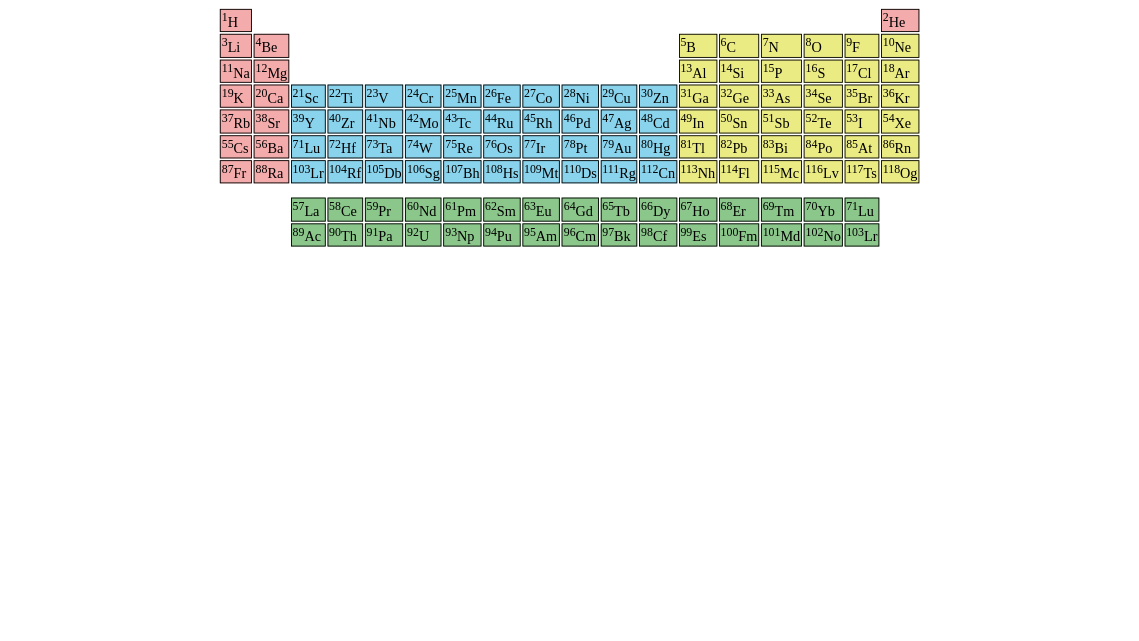
Repository: punitbathija/Placement-Assitance-iNeuron
Page: periodicTable.html
An editor plug-in stored every save of this project. The page is shown before and after the next save, followed by the edit.
The browser window is 1280 px wide. The pictures show the whole page, at 89% of full size.

Above is the page before, as saved 2023-05-22 18:15:27.

### periodicTable.html
<!DOCTYPE html>
<html lang="en">
  <head>
    <meta charset="UTF-8" />
    <meta http-equiv="X-UA-Compatible" content="IE=edge" />
    <meta name="viewport" content="width=device-width, initial-scale=1.0" />
    <title>Document</title>
    <link rel="stylesheet" href="periodicTable.css" />
  </head>
  <body>
    <table class="periodic">
      <tr class="p1">
        <td class="element H red" ="Hydrogen"><sup>1</sup>H</td>
        <td class="empty" colspan="16"></td>
        <td class="element He red" ="Helium"><sup>2</sup>He</td>
      </tr>
      <tr class="p2">
        <td class="element Li red" ="Lithium"><sup>3</sup>Li</td>
        <td class="element Be red" ="Beryllium"><sup>4</sup>Be</td>
        <td class="empty" class="element desc" colspan="10" rowspan="2"></td>
        <td class="element B yellow" ="Boron"><sup>5</sup>B</td>
        <td class="element C yellow" ="Carbon"><sup>6</sup>C</td>
        <td class="element N yellow" ="Nitrogen"><sup>7</sup>N</td>
        <td class="element O yellow" ="Oxygen"><sup>8</sup>O</td>
        <td class="element F yellow" ="Fluorine"><sup>9</sup>F</td>
        <td class="element Ne yellow" ="Neon"><sup>10</sup>Ne</td>
      </tr>
      <tr class="p3">
        <td class="element Na red" ="Sodium"><sup>11</sup>Na</td>
        <td class="element Mg red" ="Magnesium"><sup>12</sup>Mg</td>
        <td class="element Al yellow" ="Aluminium"><sup>13</sup>Al</td>
        <td class="element Si yellow" ="Silicon"><sup>14</sup>Si</td>
        <td class="element P yellow" ="Phosphorus"><sup>15</sup>P</td>
        <td class="element S yellow" ="Sulfur"><sup>16</sup>S</td>
        <td class="element Cl yellow" ="Chlorine"><sup>17</sup>Cl</td>
        <td class="element Ar yellow" ="Argon"><sup>18</sup>Ar</td>
      </tr>
      <tr class="p4">
        <td class="element K red" ="Potassium"><sup>19</sup>K</td>
        <td class="element Ca red" ="Calcium"><sup>20</sup>Ca</td>
        <td class="element Sc blue" ="Scandium"><sup>21</sup>Sc</td>
        <td class="element Ti blue" ="Titanium"><sup>22</sup>Ti</td>
        <td class="element V blue" ="Vanadium"><sup>23</sup>V</td>
        <td class="element Cr blue" ="Chromium"><sup>24</sup>Cr</td>
        <td class="element Mn blue" ="Manganese"><sup>25</sup>Mn</td>
        <td class="element Fe blue" ="Iron"><sup>26</sup>Fe</td>
        <td class="element Co blue" ="Cobalt"><sup>27</sup>Co</td>
        <td class="element Ni blue" ="Nickel"><sup>28</sup>Ni</td>
        <td class="element Cu blue" ="Copper"><sup>29</sup>Cu</td>
        <td class="element Zn blue" ="Zinc"><sup>30</sup>Zn</td>
        <td class="element Ga yellow" ="Gallium"><sup>31</sup>Ga</td>
        <td class="element Ge yellow" ="Germanium"><sup>32</sup>Ge</td>
        <td class="element As yellow" ="Arsenic"><sup>33</sup>As</td>
        <td class="element Se yellow" ="Selenium"><sup>34</sup>Se</td>
        <td class="element Br yellow" ="Bromine"><sup>35</sup>Br</td>
        <td class="element Kr yellow" ="Krypton"><sup>36</sup>Kr</td>
      </tr>
      <tr class="p5">
        <td class="element Rb red" ="Rubidium"><sup>37</sup>Rb</td>
        <td class="element Sr red" ="Strontium"><sup>38</sup>Sr</td>
        <td class="element Y blue" ="Yttrium"><sup>39</sup>Y</td>
        <td class="element Zr blue" ="Zirconium"><sup>40</sup>Zr</td>
        <td class="element Nb blue" ="Niobium"><sup>41</sup>Nb</td>
        <td class="element Mo blue" ="Molybdenum"><sup>42</sup>Mo</td>
        <td class="element Tc blue" ="Technetium"><sup>43</sup>Tc</td>
        <td class="element Ru blue" ="Ruthenium"><sup>44</sup>Ru</td>
        <td class="element Rh blue" ="Rhodium"><sup>45</sup>Rh</td>
        <td class="element Pd blue" ="Palladium"><sup>46</sup>Pd</td>
        <td class="element Ag blue" ="Silver"><sup>47</sup>Ag</td>
        <td class="element Cd blue" ="Cadmium"><sup>48</sup>Cd</td>
        <td class="element In yellow" ="Indium"><sup>49</sup>In</td>
        <td class="element Sn yellow" ="Tin"><sup>50</sup>Sn</td>
        <td class="element Sb yellow" ="Antimony"><sup>51</sup>Sb</td>
        <td class="element Te yellow" ="Tellurium"><sup>52</sup>Te</td>
        <td class="element I yellow" ="Iodine"><sup>53</sup>I</td>
        <td class="element Xe yellow" ="Xenon"><sup>54</sup>Xe</td>
      </tr>
      <tr class="p6">
        <td class="element Cs red" ="Caesium"><sup>55</sup>Cs</td>
        <td class="element Ba red" ="Barium"><sup>56</sup>Ba</td>
        <td class="element Lu blue" ="Lutetium"><sup>71</sup>Lu</td>
        <td class="element Hf blue" ="Hafnium"><sup>72</sup>Hf</td>
        <td class="element Ta blue" ="Tantalum"><sup>73</sup>Ta</td>
        <td class="element W blue" ="Tungsten"><sup>74</sup>W</td>
        <td class="element Re blue" ="Rhenium"><sup>75</sup>Re</td>
        <td class="element Os blue" ="Osmium"><sup>76</sup>Os</td>
        <td class="element Ir blue" ="Iridium"><sup>77</sup>Ir</td>
        <td class="element Pt blue" ="Platinum"><sup>78</sup>Pt</td>
        <td class="element Au blue" ="Gold"><sup>79</sup>Au</td>
        <td class="element Hg blue" ="Mercury"><sup>80</sup>Hg</td>
        <td class="element Tl yellow" ="Thallium"><sup>81</sup>Tl</td>
        <td class="element Pb yellow" ="Lead"><sup>82</sup>Pb</td>
        <td class="element Bi yellow" ="Bismuth"><sup>83</sup>Bi</td>
        <td class="element Po yellow" ="Polonium"><sup>84</sup>Po</td>
        <td class="element At yellow" ="Astatine"><sup>85</sup>At</td>
        <td class="element Rn yellow" ="Radon"><sup>86</sup>Rn</td>
      </tr>
      <tr class="p7">
        <td class="element Fr red" ="Francium"><sup>87</sup>Fr</td>
        <td class="element Ra red" ="Radium"><sup>88</sup>Ra</td>
        <td class="element Lr blue" ="Lawrencium"><sup>103</sup>Lr</td>
        <td class="element Rf blue" ="Rutherfordium"><sup>104</sup>Rf</td>
        <td class="element Db blue" ="Dubnium"><sup>105</sup>Db</td>
        <td class="element Sg blue" ="Seaborgium"><sup>106</sup>Sg</td>
        <td class="element Bh blue" ="Bohrium"><sup>107</sup>Bh</td>
        <td class="element Hs blue" ="Hassium"><sup>108</sup>Hs</td>
        <td class="element Mt blue" ="Meitnerium"><sup>109</sup>Mt</td>
        <td class="element Ds blue" ="Darmstadtium"><sup>110</sup>Ds</td>
        <td class="element Rg blue" ="Roentgenium"><sup>111</sup>Rg</td>
        <td class="element Cn blue" ="Copernicium"><sup>112</sup>Cn</td>
        <td class="element Nh yellow" ="Nihonium"><sup>113</sup>Nh</td>
        <td class="element Fl yellow" ="Flerovium"><sup>114</sup>Fl</td>
        <td class="element Mc yellow" ="Moscovium"><sup>115</sup>Mc</td>
        <td class="element Lv yellow" ="Livermorium"><sup>116</sup>Lv</td>
        <td class="element Ts yellow" ="Tennessine"><sup>117</sup>Ts</td>
        <td class="element Og yellow" ="Oganesson"><sup>118</sup>Og</td>
      </tr>
      <tr class="spacer"></tr>
      <tr class="spacer"></tr>
      <tr class="spacer"></tr>
      <tr class="spacer"></tr>
      <tr class="spacer"></tr>
      <tr class="spacer"></tr>
      <tr class="spacer">
        <!-- <tdempty" colspan="18"></td> -->
      </tr>
      <tr>
        <td class="empty" colspan="2"></td>
        <td class="element La green" ="Lanthanum"><sup>57</sup>La</td>
        <td class="element Ce green" ="Cerium"><sup>58</sup>Ce</td>
        <td class="element Pr green" ="Praseodymium"><sup>59</sup>Pr</td>
        <td class="element Nd green" ="Neodymium"><sup>60</sup>Nd</td>
        <td class="element Pm green" ="Promethium"><sup>61</sup>Pm</td>
        <td class="element Sm green" ="Samarium"><sup>62</sup>Sm</td>
        <td class="element Eu green" ="Europium"><sup>63</sup>Eu</td>
        <td class="element Gd green" ="Gadolinium"><sup>64</sup>Gd</td>
        <td class="element Tb green" ="Terbium"><sup>65</sup>Tb</td>
        <td class="element Dy green" ="Dysprosium"><sup>66</sup>Dy</td>
        <td class="element Ho green" ="Holmium"><sup>67</sup>Ho</td>
        <td class="element Er green" ="Erbium"><sup>68</sup>Er</td>
        <td class="element Tm green" ="Thulium"><sup>69</sup>Tm</td>
        <td class="element Yb green" ="Ytterbium"><sup>70</sup>Yb</td>
        <td class="element Lu green" ="Lutetium"><sup>71</sup>Lu</td>
        <td class="empty"></td>
      </tr>
      <tr>
        <td class="empty" colspan="2"></td>
        <td class="element Ac green" ="Actinium"><sup>89</sup>Ac</td>
        <td class="element Th green" ="Thorium"><sup>90</sup>Th</td>
        <td class="element Pa green" ="Protactinium"><sup>91</sup>Pa</td>
        <td class="element U green" ="Uranium"><sup>92</sup>U</td>
        <td class="element Np green" ="Neptunium"><sup>93</sup>Np</td>
        <td class="element Pu green" ="Plutonium"><sup>94</sup>Pu</td>
        <td class="element Am green" ="Americium"><sup>95</sup>Am</td>
        <td class="element Cm green" ="Curium"><sup>96</sup>Cm</td>
        <td class="element Bk green" ="Berkelium"><sup>97</sup>Bk</td>
        <td class="element Cf green" ="Californium"><sup>98</sup>Cf</td>
        <td class="element Es green" ="Einsteinium"><sup>99</sup>Es</td>
        <td class="element Fm green" ="Fermium"><sup>100</sup>Fm</td>
        <td class="element Md green" ="Mendelevium"><sup>101</sup>Md</td>
        <td class="element No green" ="Nobelium"><sup>102</sup>No</td>
        <td class="element Lr green" ="Lawrencium"><sup>103</sup>Lr</td>
        <td class="empty"></td>
      </tr>
    </table>
  </body>
</html>

### periodicTable.css
.periodic{
    display: flex;
    justify-content: center;
    align-items: center;
    justify-self: center;
}


.element{
    border: 1px solid black;
    height: 20px;
    width: 20px;
}

.red{
    background-color: rgb(244, 171, 171);
}

.blue{
    background-color: rgb(137, 211, 236);
}
.yellow{
    background-color: rgb(235, 235, 131);
}
.green{
    background-color: rgb(139, 199, 139);
}

After the next save:
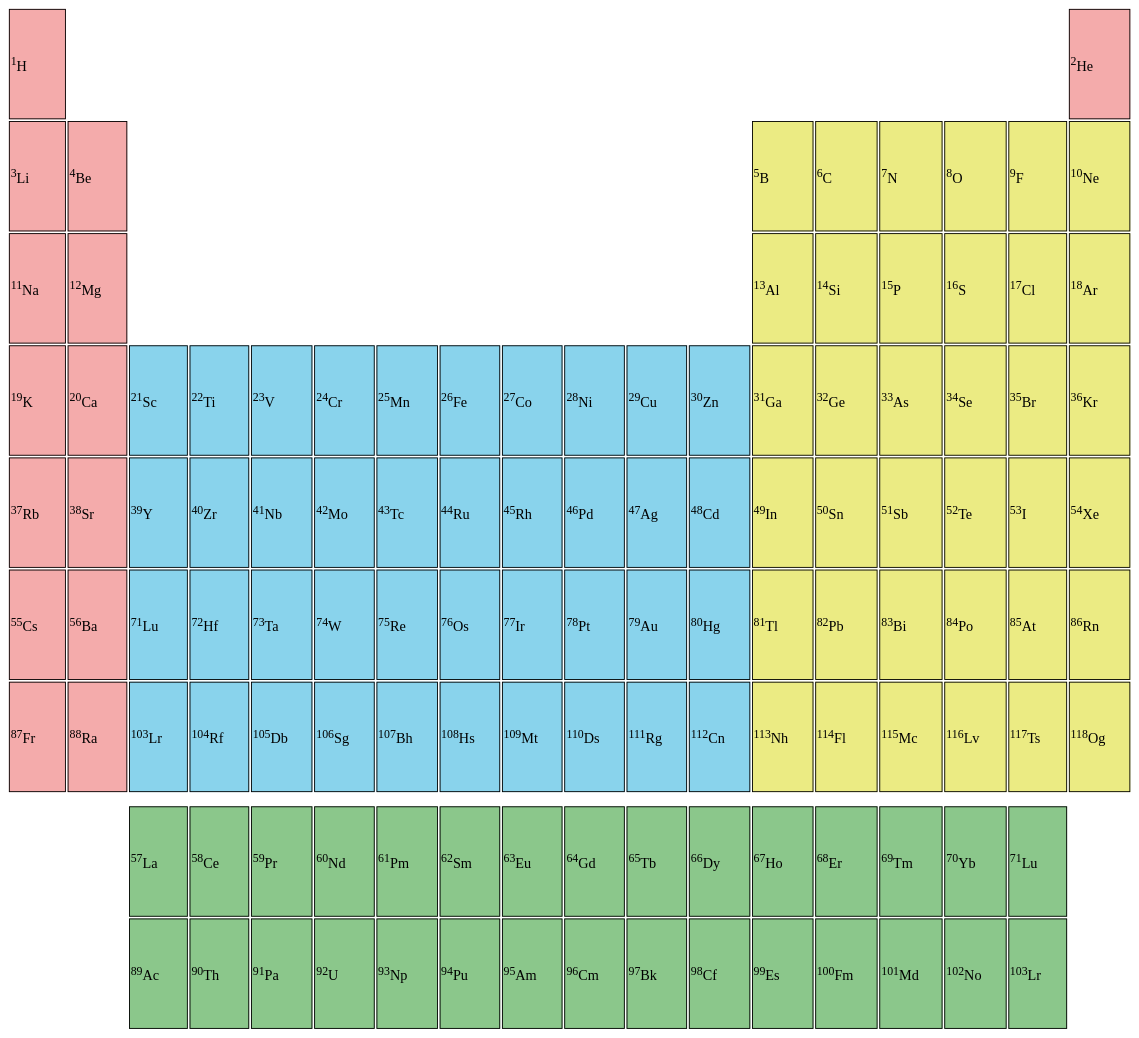
Saved 11 s later.
--- a/periodicTable.css
+++ b/periodicTable.css
@@ -8,8 +8,8 @@
 
 .element{
     border: 1px solid black;
-    height: 20px;
-    width: 20px;
+    height: 120px;
+    width: 120px;
 }
 
 .red{

After the save that followed:
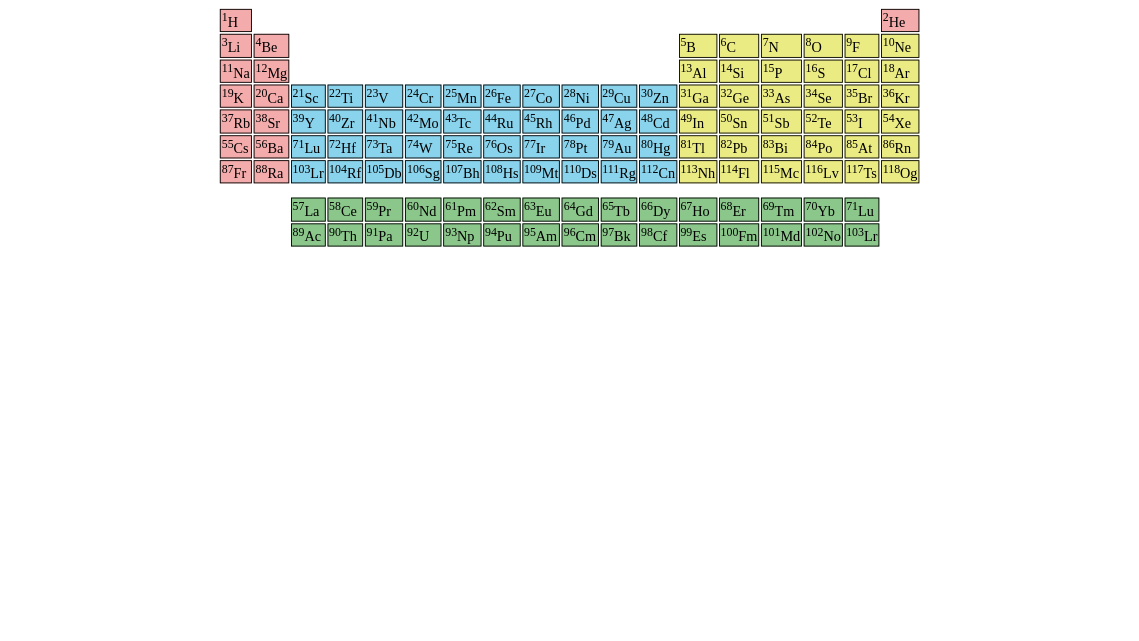
Saved 14 s later.
--- a/periodicTable.css
+++ b/periodicTable.css
@@ -8,8 +8,8 @@
 
 .element{
     border: 1px solid black;
-    height: 120px;
-    width: 120px;
+    height: 5px;
+    width: 5px;
 }
 
 .red{
